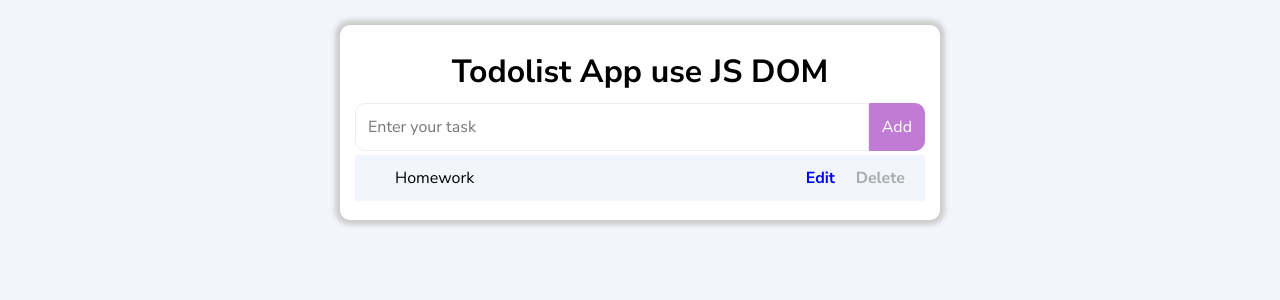
Repository: anhquan74-dev/todolist_app
Page: index.html
The author's editor kept a copy of each file at every save. The page is drawn from the files as they stood at one save, then again after the next save.
The browser window is 1280 px wide. The pictures show the whole page.
The pointer rests on the first visible `.edit-btn`.
Some web libraries are served in a nearby version.

Above is the page before, as saved 2022-07-21 16:32:04.

### index.html
<!DOCTYPE html>
<html lang="en">
  <head>
    <meta charset="UTF-8" />
    <meta http-equiv="X-UA-Compatible" content="IE=edge" />
    <meta name="viewport" content="width=device-width, initial-scale=1.0" />
    <title>TodoList Web Application</title>
    <link rel="stylesheet" href="style.css" />
    <link
      rel="stylesheet"
      href="https://cdnjs.cloudflare.com/ajax/libs/font-awesome/6.1.1/css/all.min.css"
      integrity="sha512-KfkfwYDsLkIlwQp6LFnl8zNdLGxu9YAA1QvwINks4PhcElQSvqcyVLLD9aMhXd13uQjoXtEKNosOWaZqXgel0g=="
      crossorigin="anonymous"
      referrerpolicy="no-referrer"
    />
  </head>
  <body>
    <div class="todo-app">
      <h1>Todolist App use JS DOM</h1>
      <div class="form-control">
        <input id="input-text" type="text" placeholder="Enter your task" />
        <button class="add-btn">Add</button>
      </div>
      <ul id="list-item">
        <li class="item">
          Homework
          <a class="edit-btn">Edit</a>
          <a class="delete-btn">Delete</a>
        </li>
      </ul>
    </div>
    <script src="main.js"></script>
  </body>
</html>

### style.css
@import url('https://fonts.googleapis.com/css2?family=Nunito+Sans:ital,wght@0,300;0,400;0,600;0,700;0,800;0,900;1,300;1,400;1,600;1,700;1,800;1,900&display=swap');

*, *::after, *::before {
    margin: 0;
    padding: 0;
    box-sizing: border-box;
}
button, input,
body {
    font-family: 'Nunito Sans', sans-serif;
    background-color: #f3f5fc;
}

input {
    background-color: white;
}

.todo-app {
    background-color: white;
    max-width: 600px;
    margin: 25px auto;
    border-radius: 10px;
    padding: 15px;
    box-shadow: 0px 0px 5px 5px #ccc;
}

h1 {
    text-align: center;
    margin: 10px;
}

.form-control {
    display: flex;
    align-items: center;
}

#input-text {
    font-size: 16px;
    padding: 12px;
    width: 100%;
    outline: none;
    border: 1px solid #eee;
    border-radius: 10px 0px 0px 10px;
}

.add-btn {
    font-size: 16px;
    padding: 12px;
    outline: none;
    border: 1px solid #c07cd4;
    border-radius: 0px 10px 10px 0px;
    cursor: pointer;
    background-color: #c07cd4;
    color: white;
}

.add-btn:hover {
    background-color: #a13bc0;
    border: 1px solid #a13bc0;
}

.list-item {
    list-style-type:none;
    margin-top: 20px;
}

.item {
    padding: 12px 12px 12px 40px;
    background-color: #f3f5fc;
    margin:4px 0;
    position: relative;
    overflow: hidden;
    cursor: pointer;
}

.edit-btn,.delete-btn{
    font-weight: 700;
    color: #aaaaaa;
}

.edit-btn {
    position: absolute;
    top: 50%;
    transform: translateY(-50%);
    right: 90px;
}

.delete-btn {
    position: absolute;
    top: 50%;
    transform: translateY(-50%);
    right: 20px;
}

.item:hover  span{
    opacity: 1;
    transform: translateX(-100%);
}

.edit-btn:hover {
    color: blue;
}

.delete-btn:hover {
    color: red;

}

li.checked {
    background-color: #d2d9f0;
    text-decoration: line-through;
}

ul li.checked::before {
    content: '';
    position: absolute;
    border-color: black;
    border-style: solid;
    border-width: 0 2px 2px 0;
    top: 12px;
    left: 20px;
    transform: rotate(45deg);
    height: 15px;
    width: 7px;
  }

### main.js
var list = document.querySelector("ul");
list.addEventListener("click", function (ev) {
  if (ev.target.nodeName === "LI") {
    ev.target.classList.toggle("checked");
  }
});

var close = document.getElementsByClassName("close-btn");
var i;
for (i = 0; i < close.length; i++) {
  close[i].onclick = function () {
    var div = this.parentElement;
    div.style.display = "none";
  };
}
//
function newElement() {
  var li = document.createElement("li");
  var inputValue = document.getElementById("input-text").value;
  var t = document.createTextNode(inputValue);
  li.appendChild(t);
  li.className = "item";
  if (inputValue === "") {
    alert("You must write something!");
  } else {
    document.getElementById("list-item").appendChild(li);
  }
  document.getElementById("input-text").value = "";

  var span = document.createElement("SPAN");
  span.className = "close-btn";
  span.innerHTML = '<i class="fa-solid fa-trash-can">';
  li.appendChild(span);

  for (i = 0; i < close.length; i++) {
    close[i].onclick = function () {
      var div = this.parentElement;
      div.style.display = "none";
    };
  }
}

After the next save:
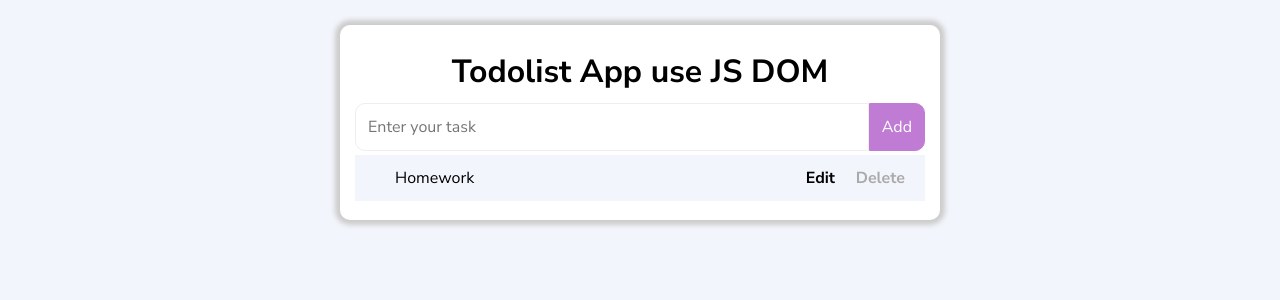
Saved 7 s later.
--- a/style.css
+++ b/style.css
@@ -98,7 +98,7 @@ h1 {
 }
 
 .edit-btn:hover {
-    color: blue;
+    color: black;
 }
 
 .delete-btn:hover {
